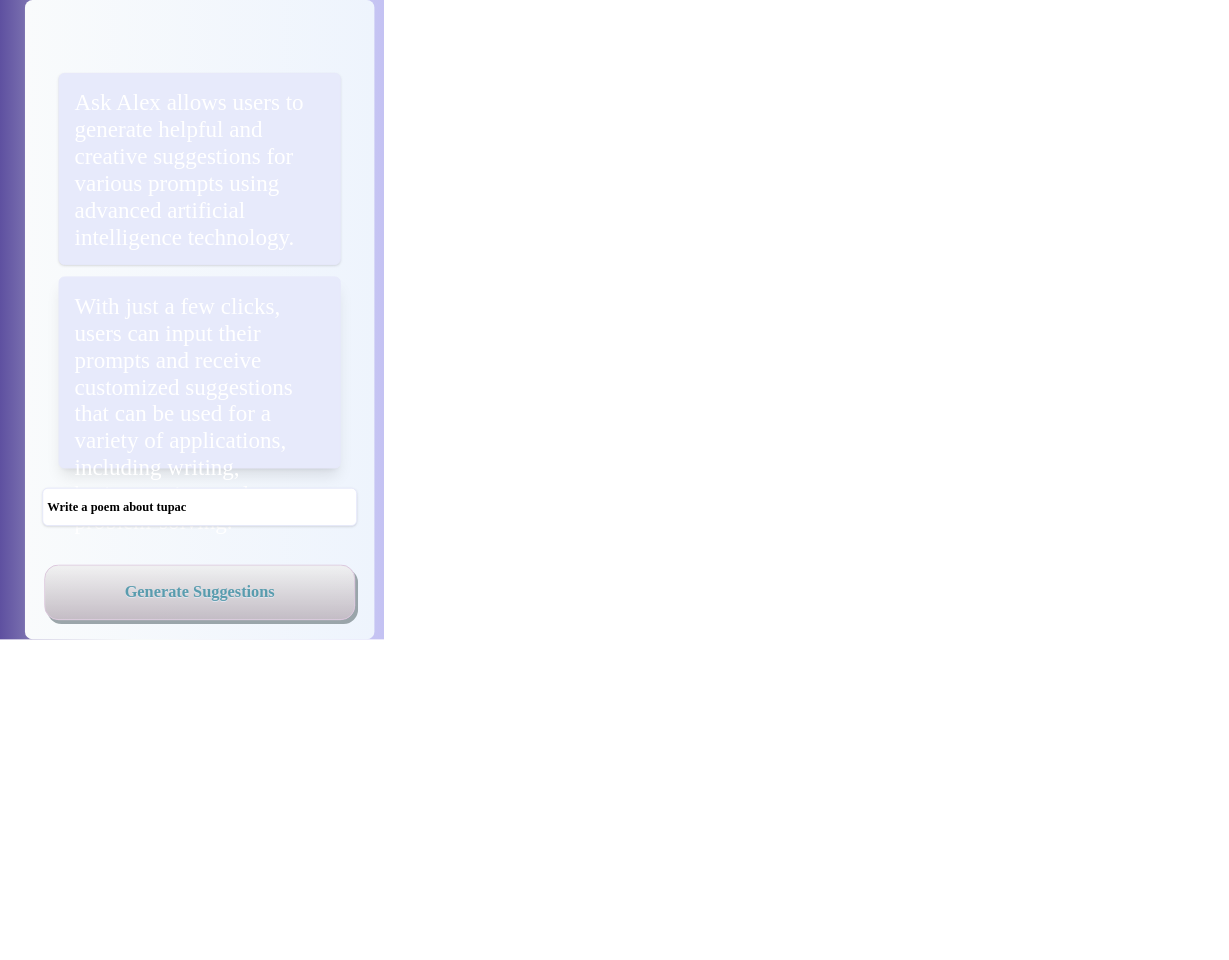
Repository: djdjdallas/AskAlex
Page: /
The author's editor kept a copy of each file at every save. The page is drawn from the files as they stood at one save, then again after the next save.
The browser window is 1280 px wide. The pictures show the whole page, at 96% of full size.
The project was rebuilt for these pictures with package versions that can differ from the ones it lists, and the page was loaded fresh each time. Also part of the build but not shown: webpack.config.js.

Above is the page before, as saved 2023-02-27 17:39:01.

After the next save:
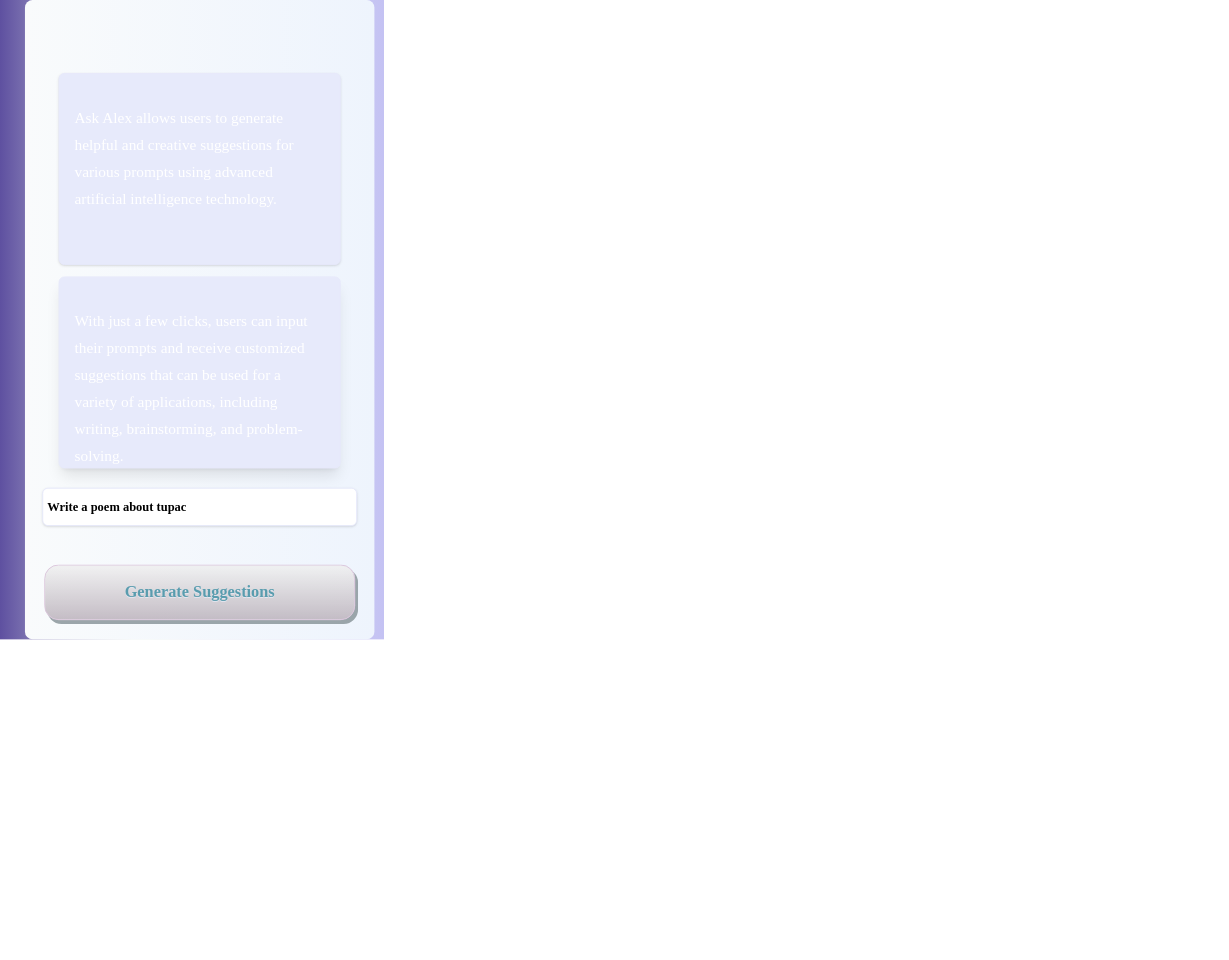
Saved 26 s later.
--- a/src/App.css
+++ b/src/App.css
@@ -49,6 +49,10 @@
   justify-content: center;
   align-items: center;
 }
+.subText{
+  font-size: 1rem;
+  margin-top: 1rem;
+}
 .myButton {
 	box-shadow: 3px 4px 0px 0px #899599;
 	background:linear-gradient(to bottom, #ededed 5%, #bab1ba 100%);
